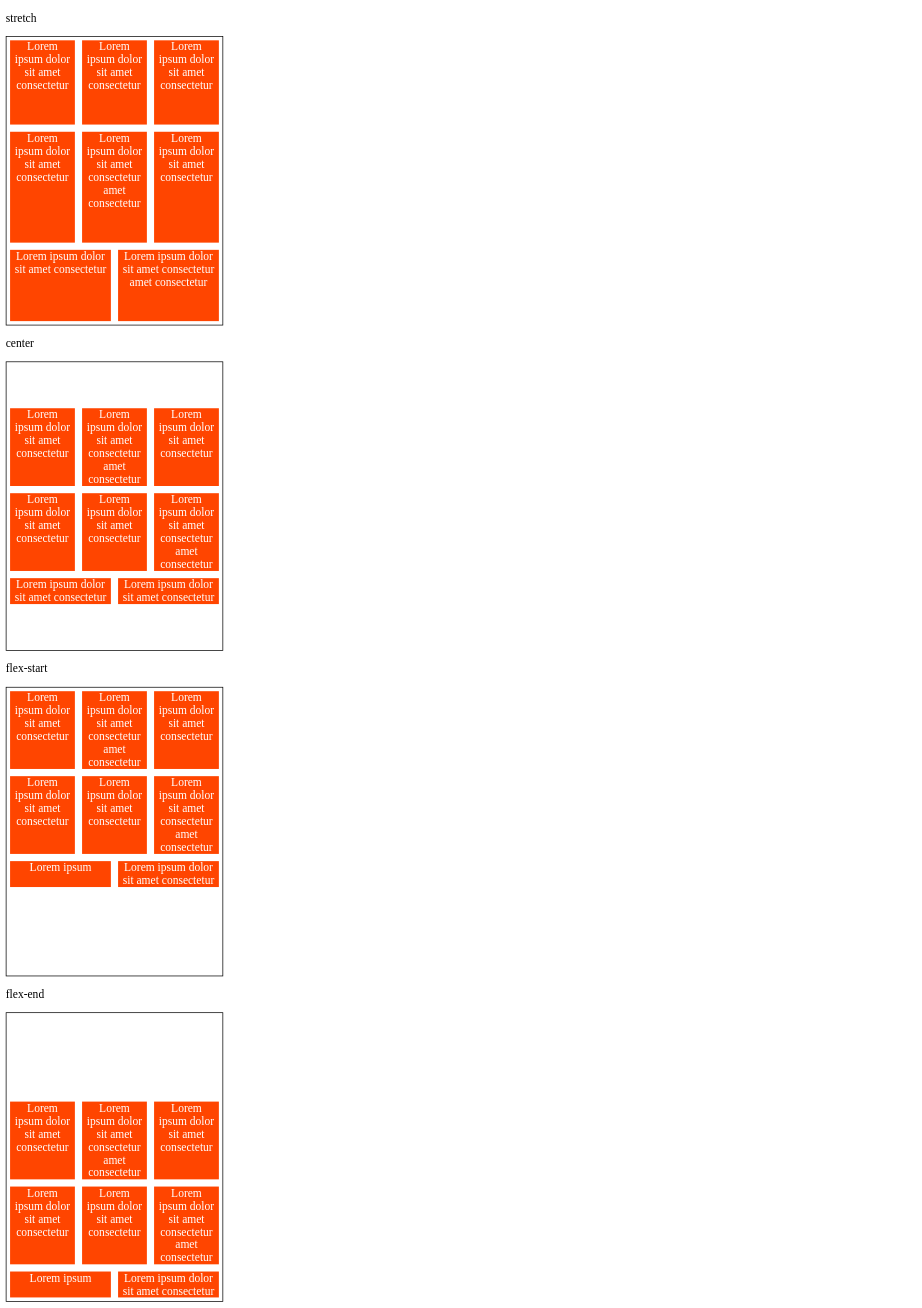
Repository: gabrielbino/projects-dio
Page: Flexbox/@align-content.html
An editor plug-in stored every save of this project. The page is shown before and after the next save, followed by the edit.
The browser window is 1280 px wide. The pictures show the whole page, at 72% of full size.

Above is the page before, as saved 2021-10-22 18:42:45.

After the next save:
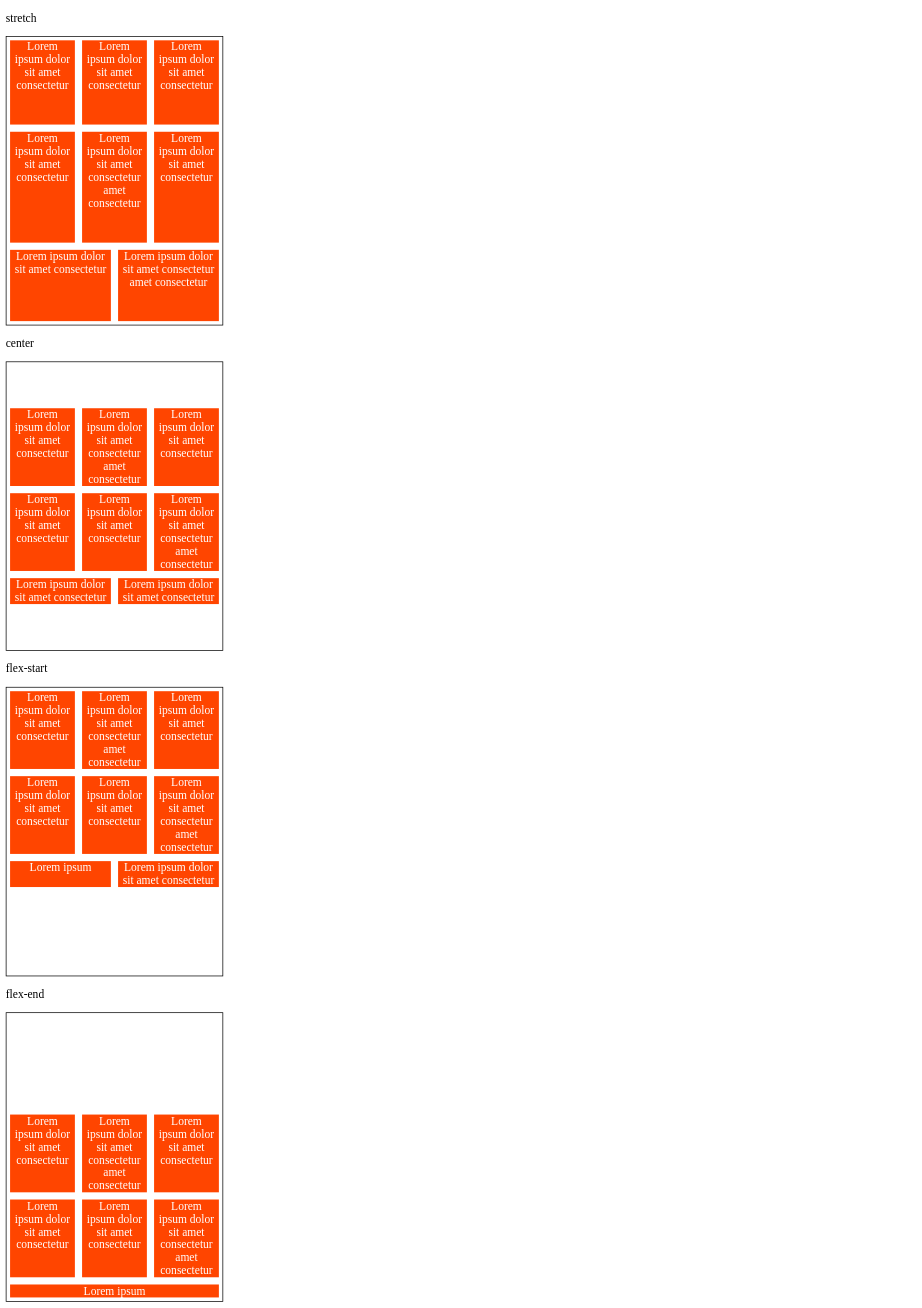
Saved 33 s later.
--- a/Flexbox/@align-content.html
+++ b/Flexbox/@align-content.html
@@ -101,7 +101,6 @@
         Lorem ipsum dolor sit amet consectetur amet consectetur
       </div>
       <div class="item">Lorem ipsum</div>
-      <div class="item">Lorem ipsum dolor sit amet consectetur</div>
     </div>
   </body>
 </html>
